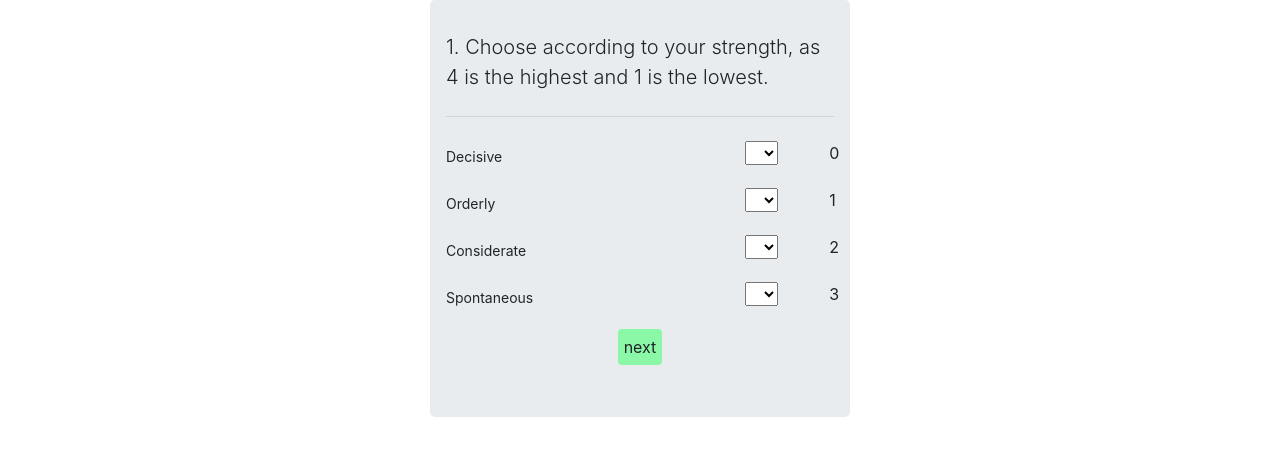
Repository: joroni/personality_test
Page: frontend/index.html
An editor plug-in stored every save of this project. The page is shown before and after the next save, followed by the edit.
The browser window is 1280 px wide. The pictures show the whole page.
Some web libraries are served in a nearby version.

Above is the page before, as saved 2020-09-08 03:27:08.

After the next save:
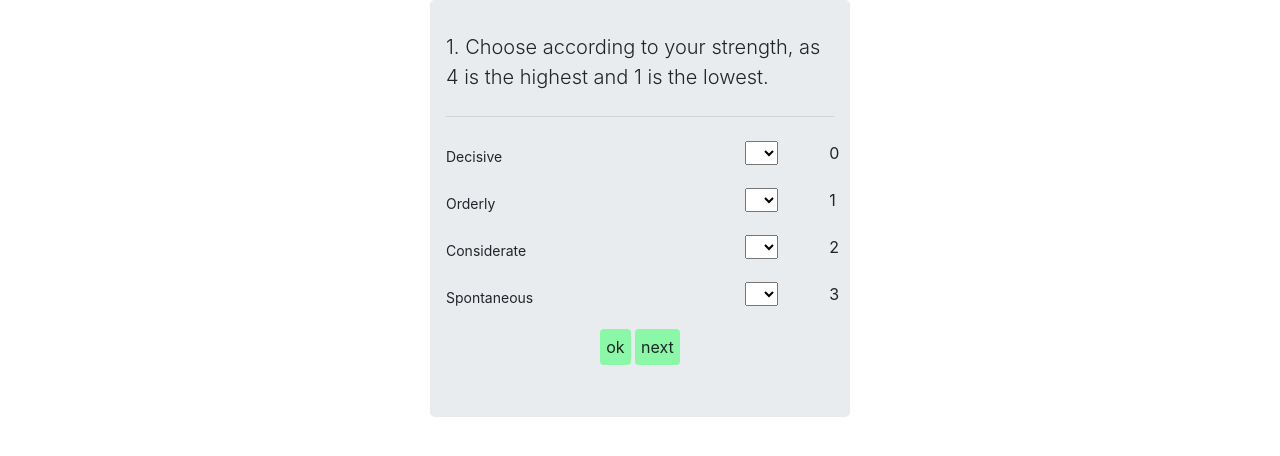
Saved 2 min 4 s later.
--- a/frontend/index.html
+++ b/frontend/index.html
@@ -79,7 +79,8 @@
 
             <div class="button">
               <input type="button" value="previous" class="btn" ng-show="isPrevious" ng-click="previousQuestion()">
-              <input type="button" value="next" class="btn" ng-show="isNext" ng-click="turninAnswer({{option.index}});">
+              <input type="button" value="ok" class="btn"  ng-click="turninAnswer({{option.index}});">
+              <input type="button" value="next" class="btn" ng-show="isNext" ng-click="nextQuestion()">
             </div>
 
 
